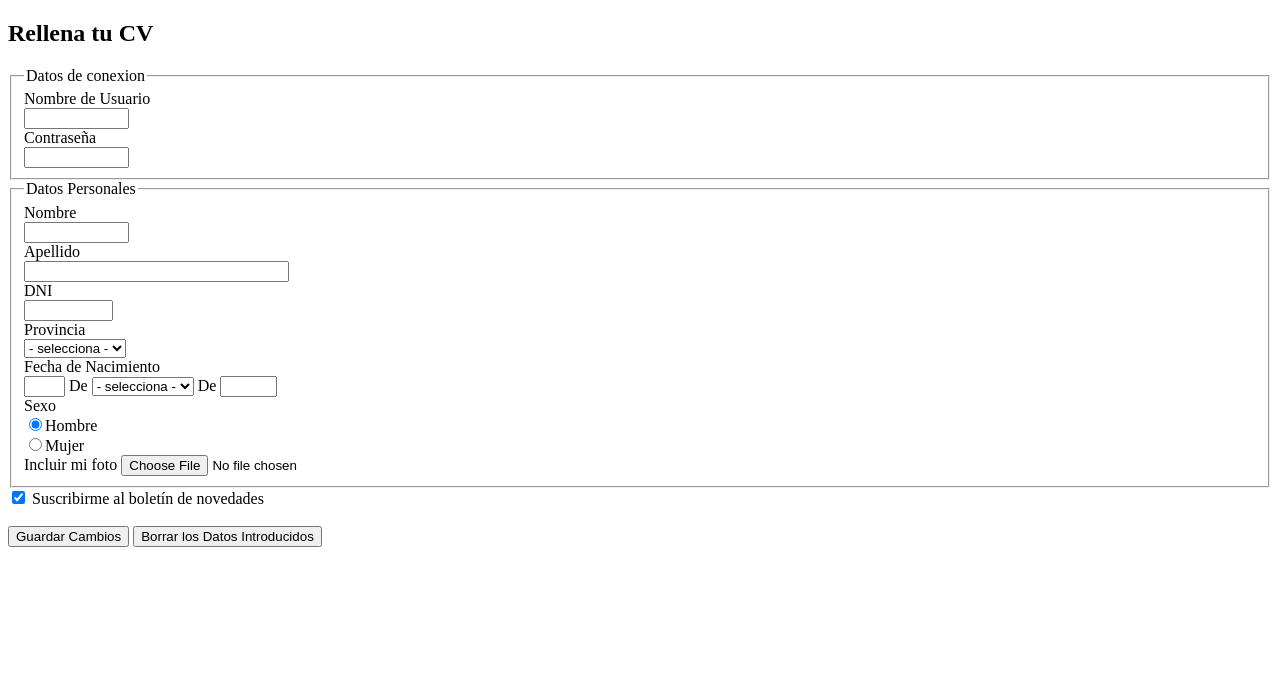
Repository: GonzaDelgado/JavaProjects
Page: modulo_html/WebContent/Form_avanzado.html
The author's editor kept a copy of each file at every save. The page is drawn from the files as they stood at one save, then again after the next save.
The browser window is 1280 px wide. The pictures show the whole page.

Above is the page before, as saved 2021-02-08 15:09:14.

### modulo_html/WebContent/Form_avanzado.html
<!DOCTYPE html>
<html>
<head>
<meta charset="UTF-8">
<title>Formulario Avanzado</title>
</head>
<body>
	<h2>Rellena tu CV</h2>
	<form action=".." method="post" enctype="multipart/form-data">
	<fieldset><legend>Datos de conexion</legend>
	<label for="nombre_usuario">Nombre de Usuario</label> <br/>
	<input type ="text" size="10" name="nombre_usuario" value="" maxlength="30"/><br>
	<label for="psw">Contraseña</label> <br/>
	<input type ="password" size="10" name="psw" value="" maxlength="10"/><br>
	</fieldset>
	<fieldset><legend>Datos Personales</legend>
	<label for="nombre">Nombre</label> <br/>
	<input type ="text" size="10" name="nombre" value="" maxlength="30"/><br>
	<label for="apellido">Apellido</label> <br/>
	<input type ="text" size="30" name="apellido" value="" maxlength="80"/><br>
	<label for="dni">DNI</label> <br/>
	<input type="text" size="8" name="dni" value="" maxlength="10"/><br>
	<label for="provincia">Provincia</label> <br/>
	<select id="provincia" name="provincia">
	<option value="" selected="selected">- selecciona -</option>
	<option value="bsas">Buenos Aires</option>
	<option value="caba">CABA</option>
	<option value="mendoza">Mendoza</option>
	<option value="cordoba">Córdoba</option>
	<option value="neuquen">Neuquen</option>
	<option value="otra">Otra</option>
	</select><br>
	<label for="fecha_nac">Fecha de Nacimiento</label> <br/>
	<input type ="text" size="2" name="dia" value="" maxlength="3"/> De
	<select id="fecha_nac" name="fecha_nac">
	<option value="" selected="selected">- selecciona -</option>
	<option value="enero">Enero</option>
	<option value="febrero">Febrero</option>
	<option value="marzo">Marzo</option>
	<option value="abril">Abril</option>
	<option value="mayo">Mayo</option>
	<option value="junio">Junio</option>
	<option value="julio">Julio</option>
	<option value="agosto">Agosto</option>
	<option value="septiembre">Septiembre</option>
	<option value="octubre">Octubre</option>
	<option value="noviembre">Noviembre</option>
	<option value="diciembre">Diciembre</option>
	</select> De
	<input type ="text" size="4" name="año" value="" maxlength="5"/>
	<br>
	<label for="sexo">Sexo</label> <br/>
	<input type="radio" name="sexo" value="hombre" checked="checked"/><label for="hombre">Hombre</label> <br/>
	<input type="radio" name="sexo" value="mujer"/><label for="mujer">Mujer</label> <br/>
	<label for="adjunto">Incluir mi foto</label> <input type="file" name="adjunto" /><br>

	</fieldset>
	<input name="suscripcion_boletin" type="checkbox" value="suscripcion_boletin" checked="checked"/>
	<label for="suscripcion_boletin">Suscribirme al boletín de novedades</label> <br/><br>
	<input type="submit" name="guardar_cambios" value="Guardar Cambios">
	<input type="reset" name="limpiar" value="Borrar los Datos Introducidos">

	</form>
</body>
</html>

After the next save:
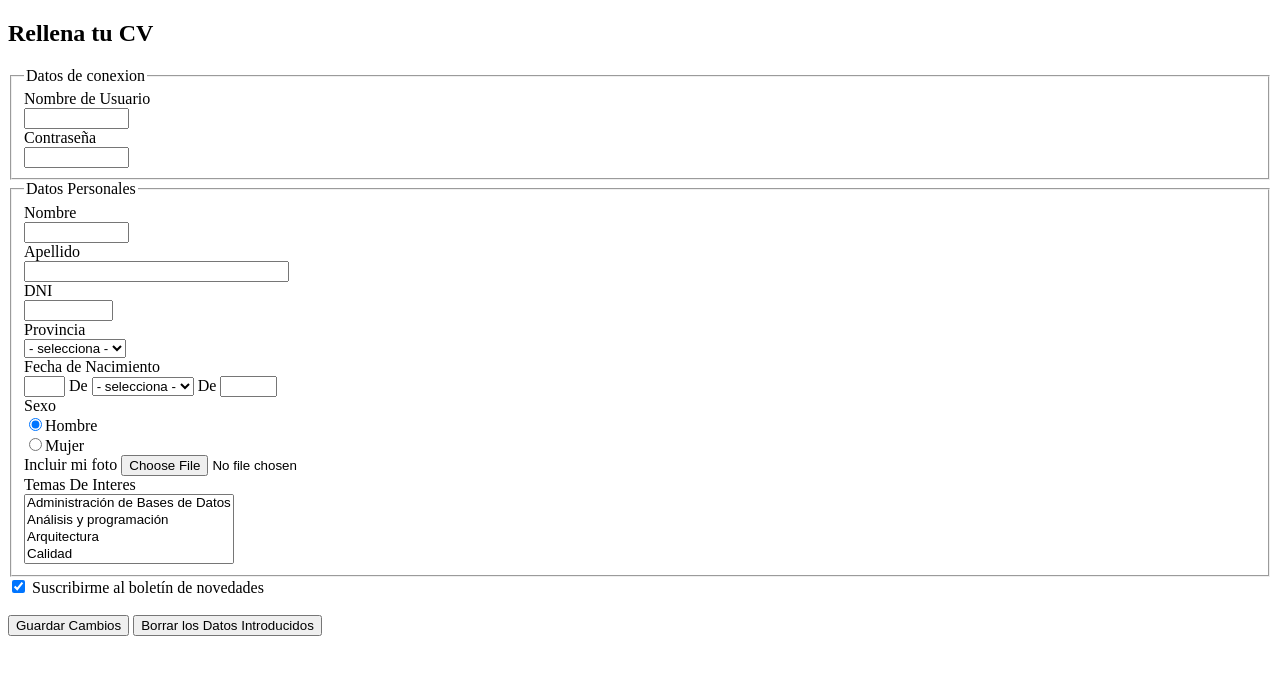
Saved 5 min 40 s later.
--- a/modulo_html/WebContent/Form_avanzado.html
+++ b/modulo_html/WebContent/Form_avanzado.html
@@ -53,7 +53,14 @@
 	<input type="radio" name="sexo" value="hombre" checked="checked"/><label for="hombre">Hombre</label> <br/>
 	<input type="radio" name="sexo" value="mujer"/><label for="mujer">Mujer</label> <br/>
 	<label for="adjunto">Incluir mi foto</label> <input type="file" name="adjunto" /><br>
-
+	<label for="temas_interes">Temas De Interes</label><br/>
+	<select multiple="multiple" name="temas_interes">
+		<option value="adm_bd">Administración de Bases de Datos</option>
+		<option value="ana_prog">Análisis y programación</option>
+		<option value="arq">Arquitectura</option>
+		<option value="cal">Calidad</option>
+		<option value="erp_crm_busint">ERP, CRM, Business intelligence</option>
+	</select>
 	</fieldset>
 	<input name="suscripcion_boletin" type="checkbox" value="suscripcion_boletin" checked="checked"/>
 	<label for="suscripcion_boletin">Suscribirme al boletín de novedades</label> <br/><br>
